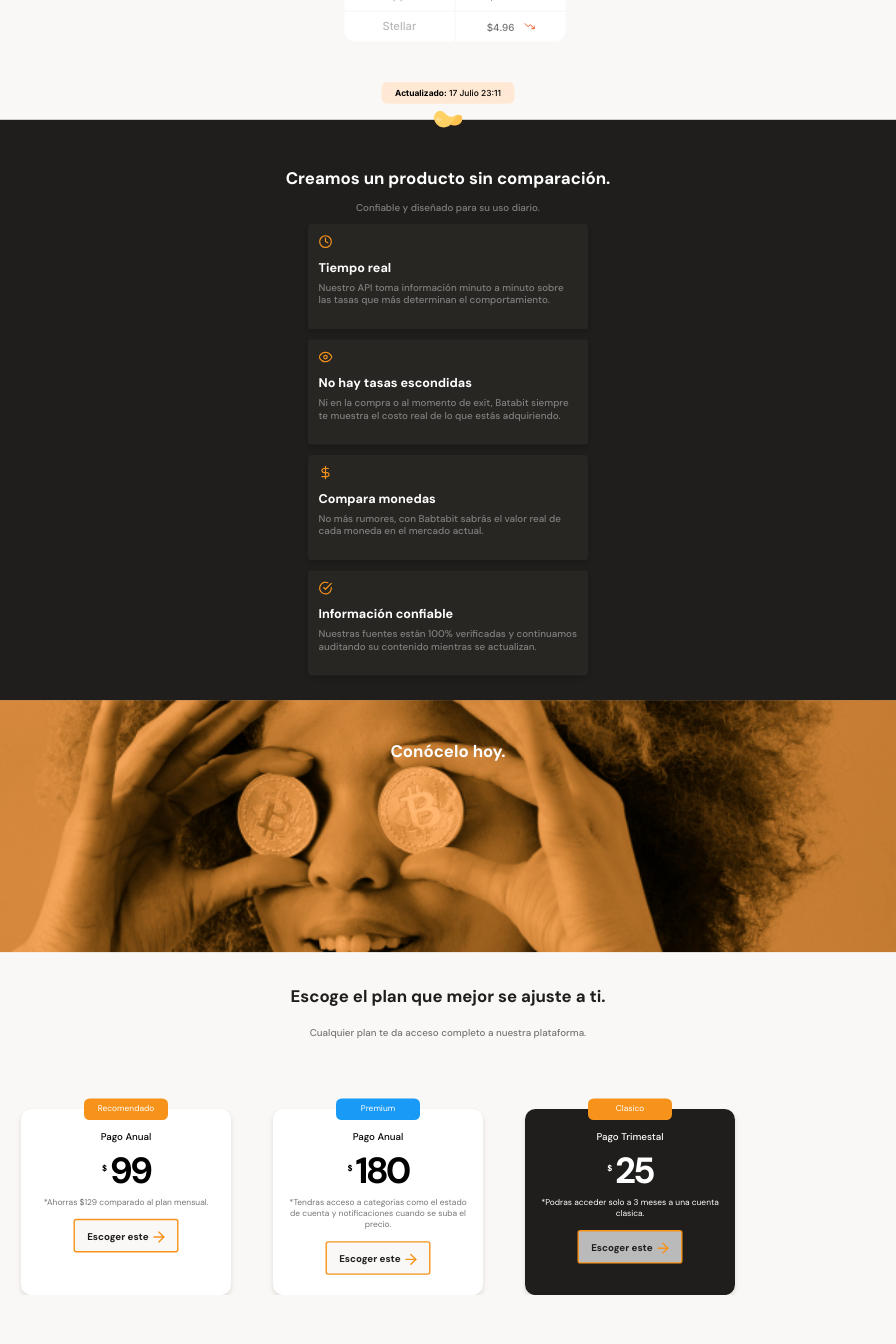
Repository: Pandrea-hub/Batatabit
Page: index.html
The author's editor kept a copy of each file at every save. The page is drawn from the files as they stood at one save, then again after the next save.
The browser window is 1280 px wide. The pictures show the part of the page from y = 963 to 2883 px (the page is 2883 px tall), at 70% of full size.

Above is the page before, as saved 2022-04-20 07:46:50.

After the next save:
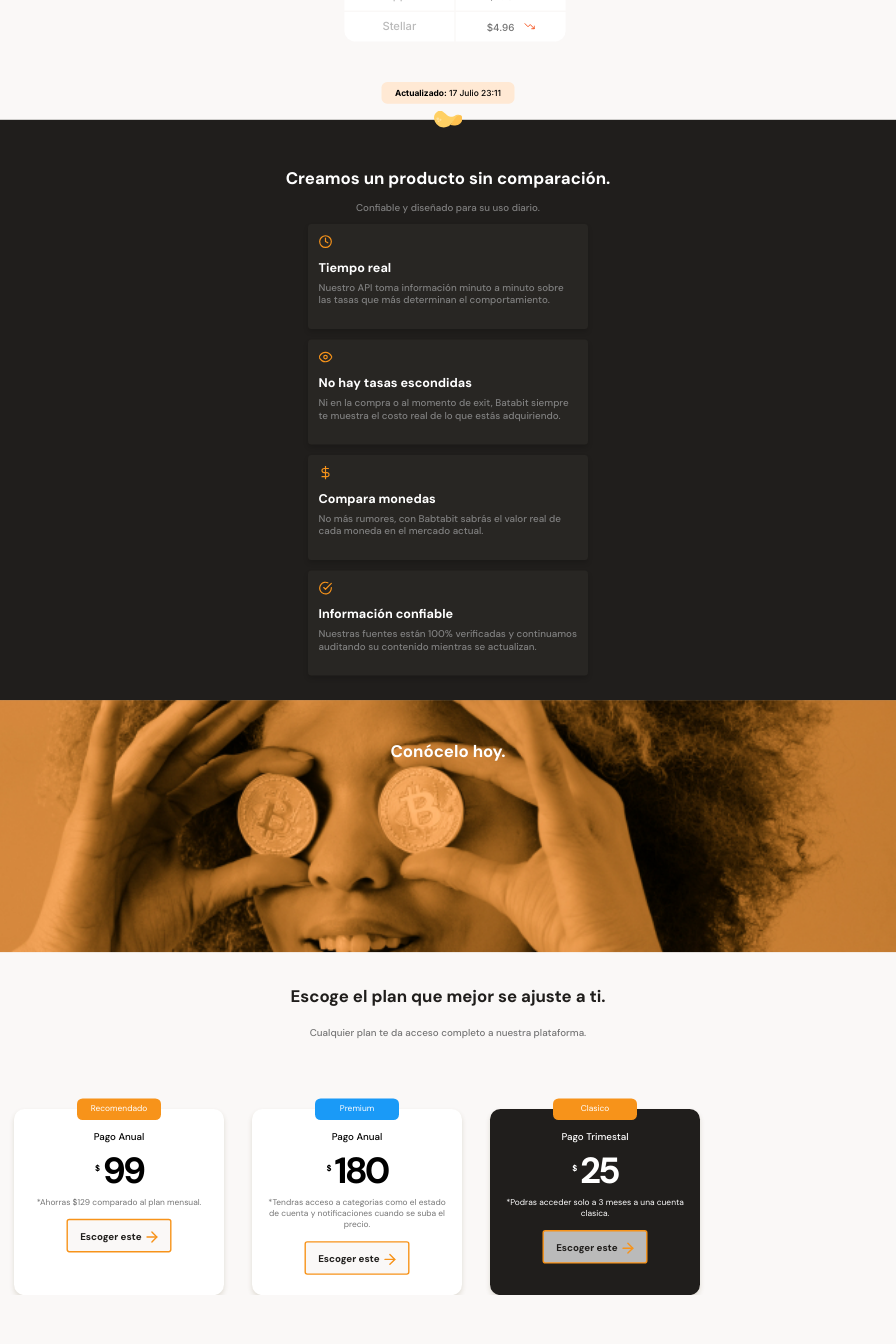
Saved 10 s later.
--- a/style.css
+++ b/style.css
@@ -515,7 +515,7 @@
     min-width: 230px;
     max-width: 300px;
     min-height: 260px;
-    margin: 50px 30px 0;
+    margin: 50px 20px 0;
     padding: 0 15px;
     border-radius:15px;
     box-shadow: 0 4px 8px rgba(89, 73, 30, 0.16);
